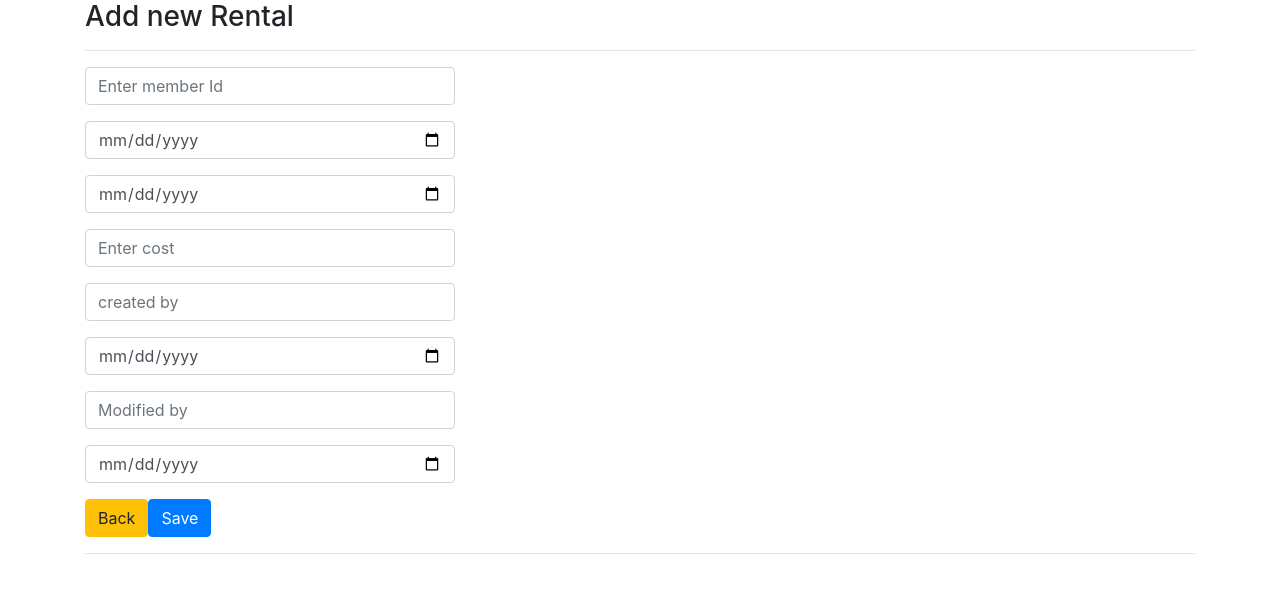
Repository: messimacky/Movie-Rental-System-Front-End
Page: /add-rental
These files come from the project's save history. The page is drawn as it stood at one moment and after a run of saves; the edit follows.
The browser window is 1280 px wide. The pictures show the whole page.
The project was rebuilt for these pictures with package versions that can differ from the ones it lists, and the page was loaded fresh each time. Also part of the build but not shown: src/services/movie.service.js, src/components/AddMovie.js, src/components/MoviesList.js, src/components/NotFound.js, src/components/login/Login.js, src/services/customer.service.js, src/components/AddCustomer.js, src/components/CustomerList.js and 5 more.

Above is the page before, as saved 2022-05-09 11:02:46.

### src/index.js
import { Auth0Provider } from '@auth0/auth0-react';
import React from 'react';
import ReactDOM from 'react-dom';
import App from './App';
const domain = process.env.REACT_APP_AUTH0_DOMAIN;
const clientId = process.env.REACT_APP_AUTH0_CLIENT_ID;

ReactDOM.render(
  <Auth0Provider
    domain={domain}
    clientId={clientId}
    redirectUri={window.location.origin}
  >
    <App />
  </Auth0Provider>,
  document.getElementById('root')
);

### src/App.js
import { BrowserRouter as Router, Switch, Route } from 'react-router-dom';
import AddMovie from './components/AddMovie';
import MoviesList from "./components/MoviesList";
import NotFound from "./components/NotFound";
import Login from './components/login/Login';
import AddCustomer from './components/AddCustomer'
import CustomersList from './components/CustomerList';
import RentalsList from './components/RentalsList';
import AddRental from './components/AddRental';
import FirstPage from './components/FirstPage';
import Signup from './components/signup/Signup';
import Home from './components/Home';
// import LoginButton from './components/LoginButton';
function App() {
  return (
    <Router>
      <div>
        <Switch>

          <Route exact path="/" component={FirstPage} />

          <Route path="/home" component={Home} />


          <Route exact path="/movies" component={MoviesList} />
          <Route path="/add-movie" component={AddMovie} />
          <Route path="/movies/edit/:id" component={AddMovie} />




          <Route exact path="/customers" component={CustomersList} />
          <Route path="/add-customer" component={AddCustomer} />
          <Route path="/customers/edit/:id" component={AddCustomer} />



          <Route path="/login" component={Login} />
          <Route path="/signup" component={Signup} />



          <Route exact path="/rentals" component={RentalsList} />
          <Route path="/add-rental" component={AddRental} />
          <Route path="/rentals/edit/:id" component={AddRental} />
          <Route path="*" component={NotFound} />
        </Switch>
      </div>
    </Router>
  )
}

export default App;

### src/components/AddRental.js
import { useEffect, useState } from "react";
import { useParams } from "react-router-dom";
import { Link } from "react-router-dom";
import { useHistory } from "react-router-dom";
import rentalService from "../services/rental.service";


const AddRental = () => {

    // const [id, setId] = useState('');
    const [memberId, setMemberId] = useState('');
    const [rentalDate, setRentalDate] = useState('');
    const [rentalExpiry, setRentalExpiry] = useState('');
    const [totalCost, setTotalCost] = useState('');
    const [createdBy, setCreatedBy] = useState('');
    const [creationDate, setCreationDate] = useState('');
    const [lastModifiedBy, setLastModifiedBy] = useState('');
    const [lastModifiedDate, setLastModifiedDate] = useState('');





    const history = useHistory();
    const { id } = useParams();



    const saveRental = (e) => {
        e.preventDefault();
        const rental = { memberId, rentalDate, rentalExpiry, totalCost, creationDate, createdBy, lastModifiedBy, lastModifiedDate };



        if (id) {
            //update records
            rentalService.update(rental)
                .then(response => {
                    console.log("Rental added succesfully", response.data);
                    history.push('/rentals');
                })
                .catch(error => {
                    console.log("Something went wrong", error);
                });

        } else {
            //create record
            rentalService.create(rental)
                .then(response => {
                    console.log("Movie added succesfully", response.data);
                    history.push('/rentals');
                })
                .catch(error => {
                    console.log("Something get wrong", error);
                });
        }

    }

    useEffect(() => {
        if (id) {
            rentalService.get(id)
                .then(rental => {
                    // setMemberId(rental.data.memberId);
                    setRentalDate(rental.data.rentalDate);
                    setRentalExpiry(rental.data.rentalExpiry);
                    setTotalCost(rental.data.totalCost);
                    setCreatedBy(rental.data.createdBy);
                    setCreationDate(rental.data.creationDate);
                    setLastModifiedBy(rental.data.lastModifiedBy);
                    setLastModifiedDate(rental.data.lastModifiedDate);


                })
                .catch(error => {
                    console.log("Something went wrong", error);
                });
        }
    }, [])

    return (
        <div className="container">
            <h3>Add new Rental</h3>
            <hr />
            <form>


                <div className="form-group">
                    <input
                        type="number"
                        className="form-control col-4"
                        id="memberId"
                        value={memberId}
                        onChange={(e) => setMemberId(e.target.value)}
                        placeholder="Enter member Id"
                    />
                </div>





                <div className="form-group">
                    <input
                        type="date"
                        className="form-control col-4"
                        id="rentalDate"
                        value={rentalDate}
                        onChange={(e) => setRentalDate(e.target.value)}
                    // placeholder="Enter title"
                    />
                </div>

                <div className="form-group">
                    <input
                        type="date"
                        className="form-control col-4"
                        id="rentalExpiry"
                        value={rentalExpiry}
                        onChange={(e) => setRentalExpiry(e.target.value)}
                    // placeholder="Enter title"
                    />
                </div>



                <div className="form-group">
                    <input
                        type="number"
                        className="form-control col-4"
                        id="totalCost"
                        value={totalCost}
                        onChange={(e) => setTotalCost(e.target.value)}
                        placeholder="Enter cost"
                    />
                </div>

                <div className="form-group">
                    <input
                        type="text"
                        className="form-control col-4"
                        id="createdBy"
                        value={createdBy}
                        onChange={(e) => setCreatedBy(e.target.value)}
                        placeholder="created by"
                    />
                </div>


                <div className="form-group">
                    <input
                        type="date"
                        className="form-control col-4"
                        id="creationDate"
                        value={creationDate}
                        onChange={(e) => setCreationDate(e.target.value)}

                    />
                </div>




                <div className="form-group">
                    <input
                        type="text"
                        className="form-control col-4"
                        id="lastModifiedBy"
                        value={lastModifiedBy}
                        onChange={(e) => setLastModifiedBy(e.target.value)}
                        placeholder="Modified by"
                    />
                </div>


                <div className="form-group">
                    <input
                        type="date"
                        className="form-control col-4"
                        id="lastModifiedDate"
                        value={lastModifiedDate}
                        onChange={(e) => setLastModifiedDate(e.target.value)}

                    />
                </div>

                <div>
                    <Link className="btn btn-warning" to="/rentals">Back</Link>
                    <button className="btn btn-primary" onClick={(e) => saveRental(e)}>Save</button>
                </div>
            </form>
            <hr />

        </div>
    );
}

export default AddRental;

### src/components/login/Login.css
body {
    margin: 0;
    padding: 0;
    /* font-family: sans-serif; */
    background-size: cover;
    background-repeat: no-repeat;
}



.form {
    position: absolute;
    top: 50%;
    left: 50%;
    border: none;
    transform: translate(-50%, -50%);
    width: 400px;
    min-height: 450px;
    background-color: #fff;
    box-shadow: 0 15px 50px rgba(0, 0, 0, 0.5);
    padding: 50px;
    box-sizing: border-box;

    /* background: url(data:[embedded picture, 5679 characters]); */
    /* background: url(https://picsum.photos/3000/2000/?image=1015); */



}

.form h2 {
    margin-left: 60px;
    margin-top: 40px;
    color: white;
    /* margin: 30 0 40px; */
    padding: 0;
    color: black;
}

.form .input-box {
    position: relative;
    margin: 5px 0;
}

.form .input-box input {
    width: 100%;
    font-size: px;
    border: none;
    border-bottom: 2px solid #777;
    outline: none;
    padding: 10px;
    padding-left: 30px;
    box-sizing: border-box;
    font-weight: bold;
    color: #777;
}

.form .input-box input:focus,
.form .input-box input:valid {
    border-bottom-color: #03a9f4;
}

.form .input-box .fa {
    position: absolute;
    top: 8px;
    left: 5px;
    font-size: 18px;
    color: #777;
}

.form .input-box input[type="submit"] {
    border: none;
    cursor: pointer;
    background-color: #03a9f4;
    color: #fff;
    font-weight: bold;
    transition: 0.5s;
}

.form .input-box input[type="submit"]:hover {
    background-color: #ff4987;

}

.form a {
    text-decoration: none;
    color: black;

    margin-top: 4px;
    margin-left: 170px;
    /* font-weight: bold; */
    display: inline-block;
    transition: 0.5s;
}


.submit {
    margin-top: 30px;
    margin-left: 30px;


}

.form a {
    margin-top: 20px;
    margin-left: 50px;
    color: black;
    color: blue;
}

.form button {
    margin-top: 10px;
    margin-left: 50px;
    color: black;
    outline: invert;

}

.form button :hover {

    color: blue;
}

### src/components/AddCustomer.css
body {
    margin: 0;
    padding: 0;
    /* font-family: sans-serif; */
    background-size: cover;
    background-repeat: no-repeat;
}



.form {
    position: absolute;
    top: 50%;
    left: 50%;
    border: none;
    transform: translate(-50%, -50%);
    width: 400px;
    min-height: 450px;
    background-color: #fff;
    box-shadow: 0 15px 50px rgba(0, 0, 0, 0.5);
    padding: 50px;
    box-sizing: border-box;

    /* background: url(data:[embedded picture, 5679 characters]); */
    /* background: url(https://picsum.photos/3000/2000/?image=1015); */



}

.form h2 {
    margin-left: 60px;
    margin-top: 40px;
    color: white;
    /* margin: 30 0 40px; */
    padding: 0;
    color: black;
}

.form .input-box {
    position: relative;
    margin: 5px 0;
}

.form .input-box input {
    width: 100%;
    font-size: px;
    border: none;
    border-bottom: 2px solid #777;
    outline: none;
    padding: 10px;
    padding-left: 30px;
    box-sizing: border-box;
    font-weight: bold;
    color: #777;
}

.form .input-box input:focus,
.form .input-box input:valid {
    border-bottom-color: #03a9f4;
}

.form .input-box .fa {
    position: absolute;
    top: 8px;
    left: 5px;
    font-size: 18px;
    color: #777;
}

.form .input-box input[type="submit"] {
    border: none;
    cursor: pointer;
    background-color: #03a9f4;
    color: #fff;
    font-weight: bold;
    transition: 0.5s;
}

.form .input-box input[type="submit"]:hover {
    background-color: #ff4987;

}

.form a {
    text-decoration: none;
    color: black;

    margin-top: 4px;
    margin-left: 170px;
    /* font-weight: bold; */
    display: inline-block;
    transition: 0.5s;
}


.submit {
    margin-top: 30px;
    margin-left: 30px;


}

.form a {
    margin-top: 20px;
    margin-left: 50px;
    color: black;
    color: blue;
}

.form button {
    margin-top: 10px;
    margin-left: 50px;
    color: black;
    outline: invert;

}

.form button :hover {

    color: blue;
}

### src/services/rental.service.js
import httpClient from '../http-common';

const getAll = () => {
    return httpClient.get('/rentals');
}

const create = (data) => {
    return httpClient.post("/rentals", data);
}

const get = id => {
    return httpClient.get(`/rentals/${id}`);
}

const update = (data) => {
    return httpClient.put('/rentals', data);
}

const remove = id => {
    return httpClient.delete(`/rentals/${id}`);
}

export default { getAll, create, get, update, remove };

### src/components/signup/Signup.css
body {
    margin: 0;
    padding: 0;
    /* font-family: sans-serif; */
    background-size: cover;
    background-repeat: no-repeat;
}



.form {
    position: absolute;
    top: 50%;
    left: 50%;
    border: none;
    transform: translate(-50%, -50%);
    width: 400px;
    min-height: 450px;
    background-color: #fff;
    box-shadow: 0 15px 50px rgba(0, 0, 0, 0.5);
    padding: 50px;
    box-sizing: border-box;

    /* background: url(data:[embedded picture, 5679 characters]); */
    /* background: url(https://picsum.photos/3000/2000/?image=1015); */



}

.form h2 {
    margin-left: 60px;
    margin-top: 40px;
    color: white;
    /* margin: 30 0 40px; */
    padding: 0;
    color: black;
}

.form .input-box {
    position: relative;
    margin: 5px 0;
}

.form .input-box input {
    width: 100%;
    font-size: px;
    border: none;
    border-bottom: 2px solid #777;
    outline: none;
    padding: 10px;
    padding-left: 30px;
    box-sizing: border-box;
    font-weight: bold;
    color: #777;
}

.form .input-box input:focus,
.form .input-box input:valid {
    border-bottom-color: #03a9f4;
}

.form .input-box .fa {
    position: absolute;
    top: 8px;
    left: 5px;
    font-size: 18px;
    color: #777;
}

.form .input-box input[type="submit"] {
    border: none;
    cursor: pointer;
    background-color: #03a9f4;
    color: #fff;
    font-weight: bold;
    transition: 0.5s;
}

.form .input-box input[type="submit"]:hover {
    background-color: #ff4987;

}

.form a {
    text-decoration: none;
    color: black;

    margin-top: 4px;
    margin-left: 170px;
    /* font-weight: bold; */
    display: inline-block;
    transition: 0.5s;
}


.submit {
    margin-top: 30px;
    margin-left: 30px;


}

.form a {
    margin-top: 20px;
    margin-left: 50px;
    color: black;
    color: blue;
}

.form button {
    margin-top: 10px;
    margin-left: 50px;
    color: black;
    outline: invert;

}

.form button :hover {

    color: blue;
}

### src/http-common.js
import axios from "axios";


export default axios.create({
    baseURL: 'http://localhost:8080',
    headers: {
        'Content_Type': 'application/json'
    }

});

Loaded but not shown: public/index.html (common file)

After the next 2 saves:
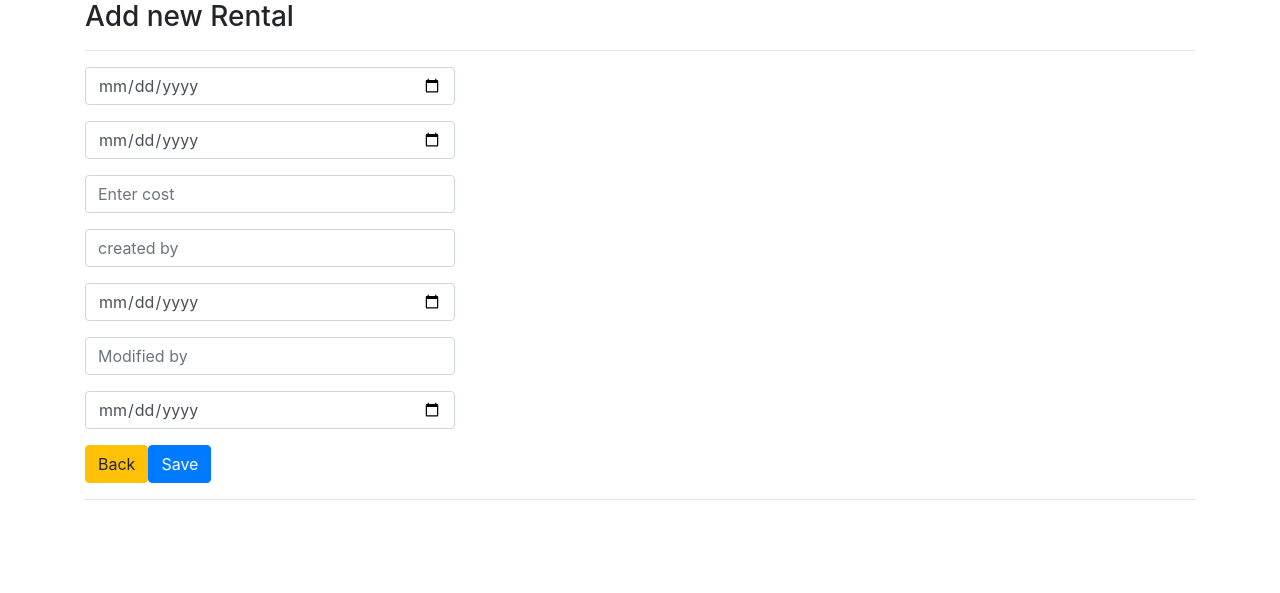
The 2 saves are shown as one change because 1 did not build or start.
The last was saved 25 s later.
--- a/src/components/AddRental.js
+++ b/src/components/AddRental.js
@@ -83,19 +83,6 @@ const AddRental = () => {
             <h3>Add new Rental</h3>
             <hr />
             <form>
-
-
-                <div className="form-group">
-                    <input
-                        type="number"
-                        className="form-control col-4"
-                        id="memberId"
-                        value={memberId}
-                        onChange={(e) => setMemberId(e.target.value)}
-                        placeholder="Enter member Id"
-                    />
-                </div>
-
 
 
 
